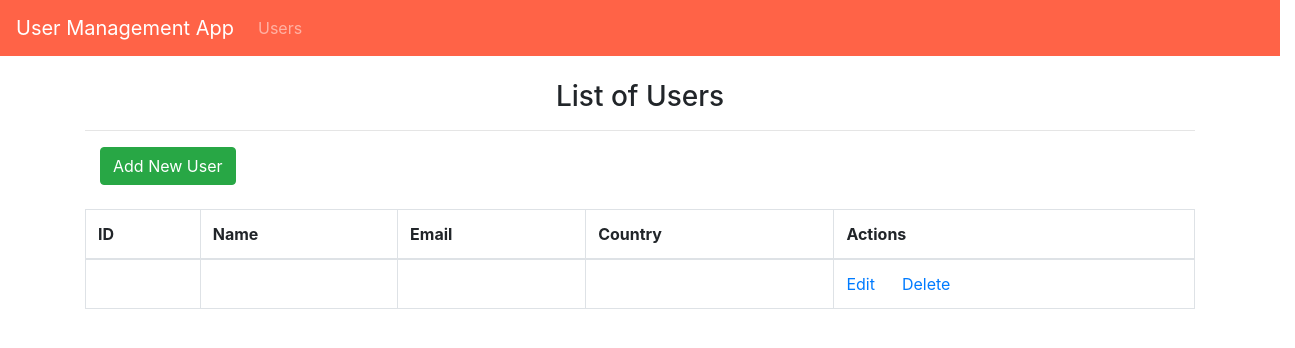
Repository: chamoddevinda0001/myfirstServelet
Page: http://localhost/OnlineEventManagementSystem/user-list.jsp
These files come from the project's save history. The page is drawn as it stood at one moment and after the next save; the edit follows.
The browser window is 1280 px wide. The page is 1295 px wide, so the pictures cover 1295 px, including what lies to the right of the window. The pictures show the whole page.
The page is served by Tomcat 9. Other server files are loaded and not shown.

Above is the page before, as saved 2020-10-15 11:20:50.

### OnlineEventManagementSystem/WebContent/user-list.jsp
<%@ page language="java" contentType="text/html; charset=ISO-8859-1"
    pageEncoding="ISO-8859-1"%>
<!DOCTYPE html>
<html>
<head>
<title>Online Management Application</title>
<link rel="stylesheet"
	href="https://stackpath.bootstrapcdn.com/bootstrap/4.3.1/css/bootstrap.min.css"
	integrity="sha384-ggOyR0iXCbMQv3Xipma34MD+dH/1fQ784/j6cY/iJTQUOhcWr7x9JvoRxT2MZw1T"
	crossorigin="anonymous">
</head>
<body>

	<header>
		<nav class="navbar navbar-expand-md navbar-dark"
			style="background-color: tomato">
			<div>
				<a href="https://www.javaguides.net" class="navbar-brand"> User
					Management App </a>
			</div>

			<ul class="navbar-nav">
				<li><a href="<%=request.getContextPath()%>/list"
					class="nav-link">Users</a></li>
			</ul>
		</nav>
	</header>
	<br>

	<div class="row">
		<!-- <div class="alert alert-success" *ngIf='message'>{{message}}</div> -->

		<div class="container">
			<h3 class="text-center">List of Users</h3>
			<hr>
			<div class="container text-left">

				<a href="<%=request.getContextPath()%>/new" class="btn btn-success">Add
					New User</a>
			</div>
			<br>
			<table class="table table-bordered">
				<thead>
					<tr>
						<th>ID</th>
						<th>Name</th>
						<th>Email</th>
						<th>Country</th>
						<th>Actions</th>
					</tr>
				</thead>
				<tbody>
					<!--   for (Todo todo: todos) {  -->
					<c:forEach var="user" items="${listUser}">

						<tr>
							<td><c:out value="${user.id}" /></td>
							<td><c:out value="${user.name}" /></td>
							<td><c:out value="${user.email}" /></td>
							<td><c:out value="${user.country}" /></td>
							<td><a href="edit?id=<c:out value='${user.id}' />">Edit</a>
								&nbsp;&nbsp;&nbsp;&nbsp; <a
								href="delete?id=<c:out value='${user.id}' />">Delete</a></td>
						</tr>
					</c:forEach>
					<!-- } -->
				</tbody>

			</table>
		</div>
	</div>
</body>
</html>

After the next save:
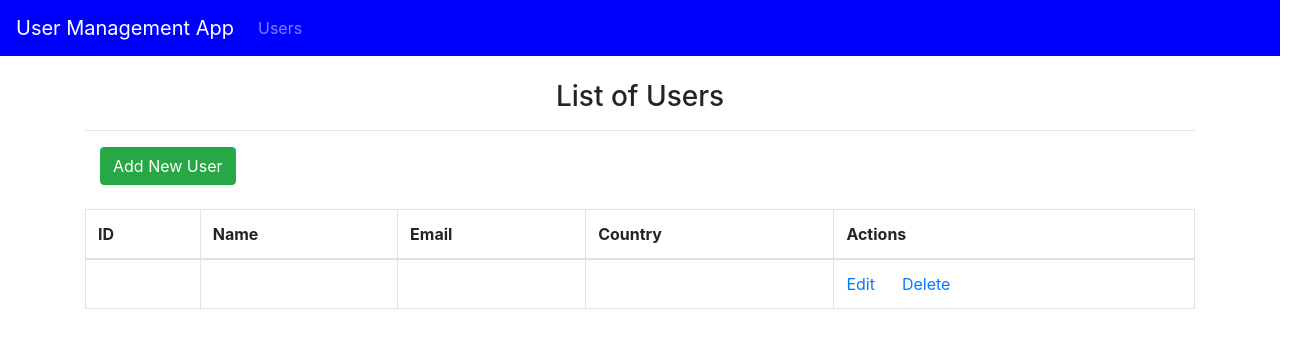
Saved 11 s later.
--- a/OnlineEventManagementSystem/WebContent/user-list.jsp
+++ b/OnlineEventManagementSystem/WebContent/user-list.jsp
@@ -13,7 +13,7 @@
 
 	<header>
 		<nav class="navbar navbar-expand-md navbar-dark"
-			style="background-color: tomato">
+			style="background-color: blue;">
 			<div>
 				<a href="https://www.javaguides.net" class="navbar-brand"> User
 					Management App </a>
